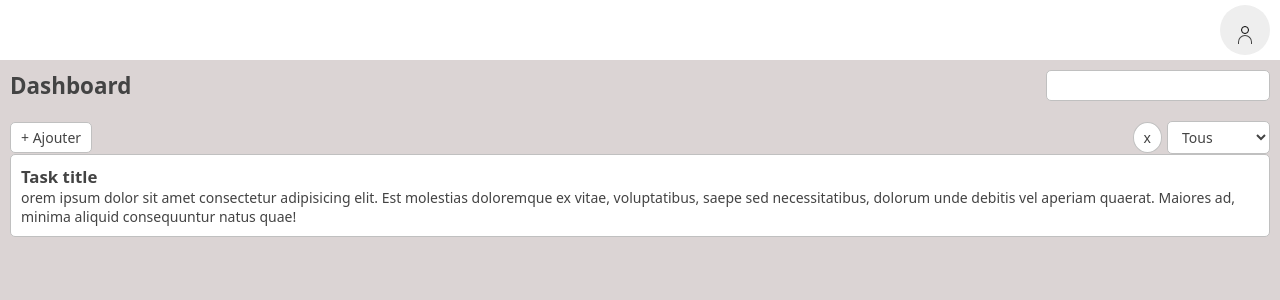
Repository: zpaulange/task_manager
Page: dashboard/index.html
An editor plug-in stored every save of this project. The page is shown before and after the next save, followed by the edit.
The browser window is 1280 px wide. The pictures show the whole page.

Above is the page before, as saved 2025-03-06 15:18:39.

After the next save:
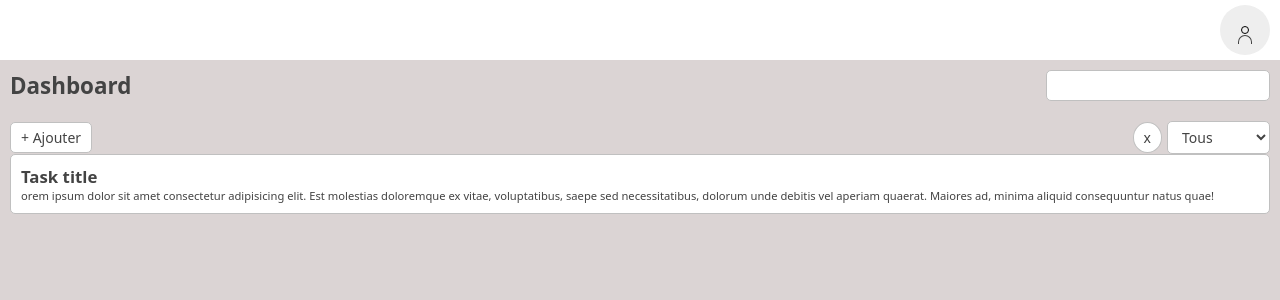
Saved 4 s later.
--- a/assets/styles/dashboard/style.css
+++ b/assets/styles/dashboard/style.css
@@ -162,5 +162,5 @@ input:focus, select:focus{
   font-weight: 600;
 }
 .main-task__content-item__desc{
-
+  font-size: .8rem;
 }
